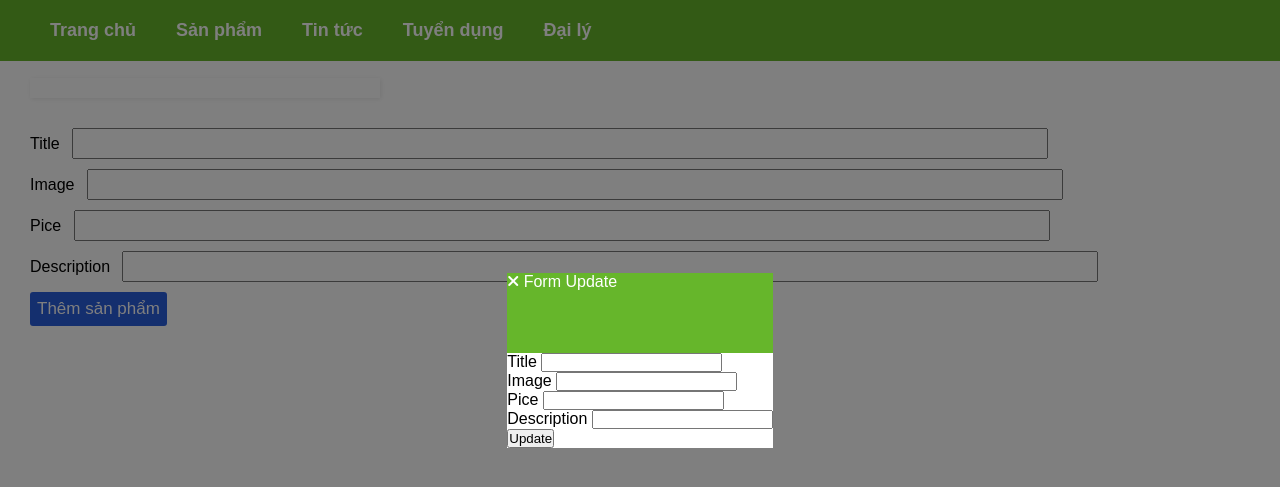
Repository: Ngoc28/CURD_HTML-CSS_JS_JSON
Page: index.html
An editor plug-in stored every save of this project. The page is shown before and after the next save, followed by the edit.
The browser window is 1280 px wide. The pictures show the whole page.
The page's requests for data from a server got no answer.

Above is the page before, as saved 2023-04-11 09:39:08.

After the next save:
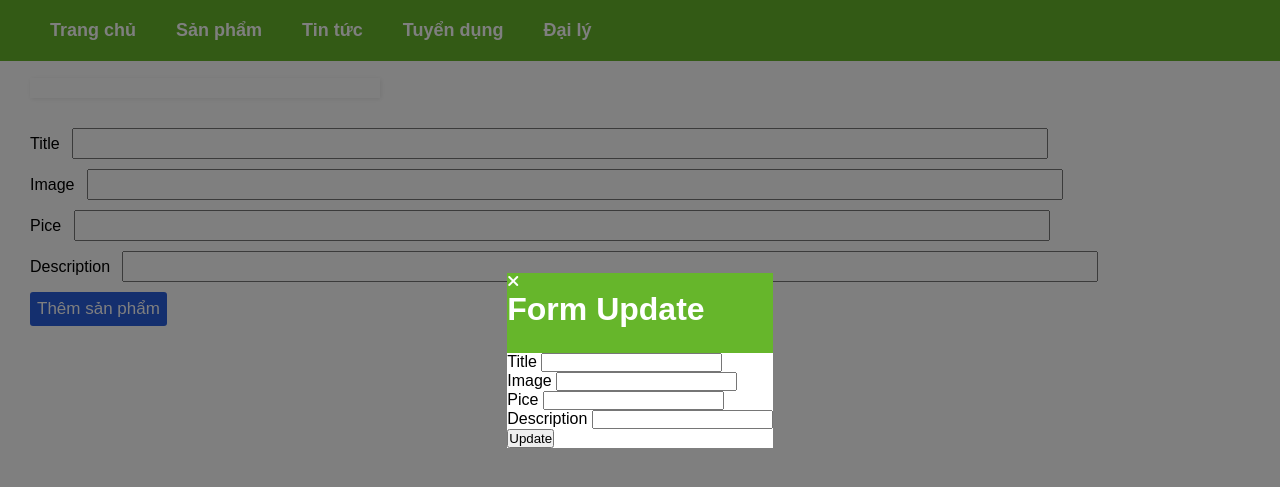
Saved 55 s later.
--- a/index.html
+++ b/index.html
@@ -56,7 +56,9 @@
         <div class="modal">
             <header>
                 <i class="fa-solid fa-xmark"></i>
-                Form Update
+                <h1>
+                    Form Update
+                </h1>
             </header>
             <div class="form-2">
                 <label for="">Title</label>
